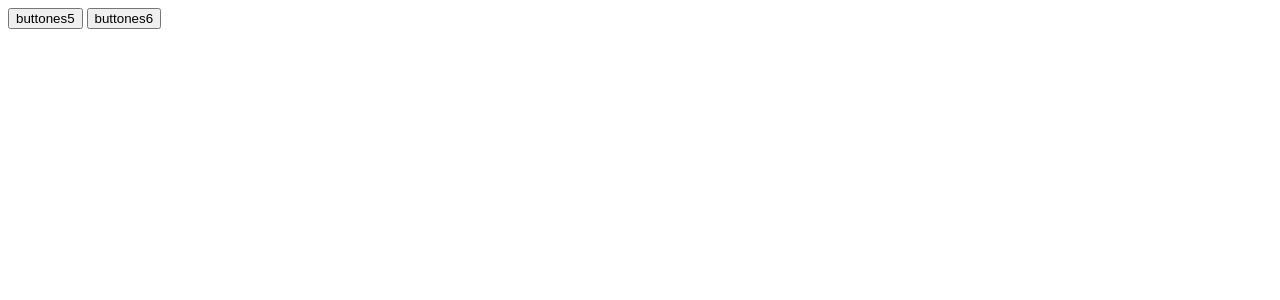
Repository: motiejus1/08-paskaita-JS
Page: index.html
The author's editor kept a copy of each file at every save. The page is drawn from the files as they stood at one save, then again after the next save.
The browser window is 1280 px wide. The pictures show the whole page.

Above is the page before, as saved 2021-06-17 11:53:32.
Console error: SyntaxError: Unexpected identifier 'rezultatas'

After the next save:
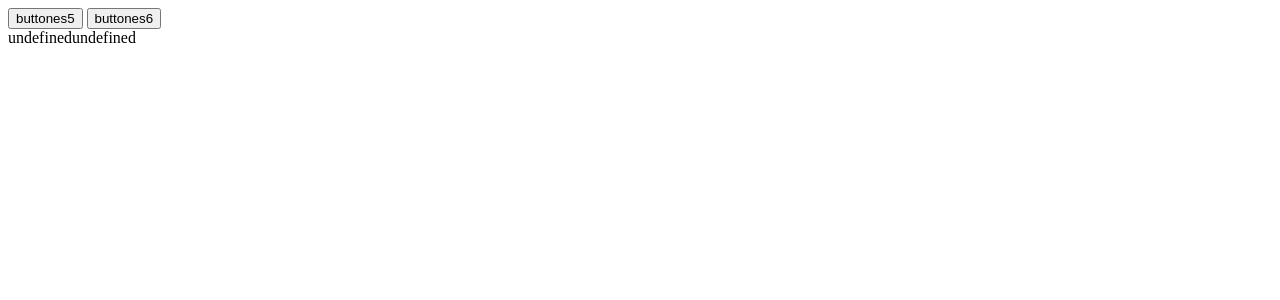
Console error: TypeError: Failed to execute 'addEventListener' on 'EventTarget': parameter 2 is not of type 'Object'.
Saved 8 s later.
--- a/script.js
+++ b/script.js
@@ -41,7 +41,7 @@ const daugybaes5 = function(sk1, sk2) {
     //this
     let rezultatas;
     rezultatas = sk1*sk2;
-    document.getElementById('reses5').
+    document.getElementById('reses5').innerHTML += this;
     return rezultatas;
 }
 
